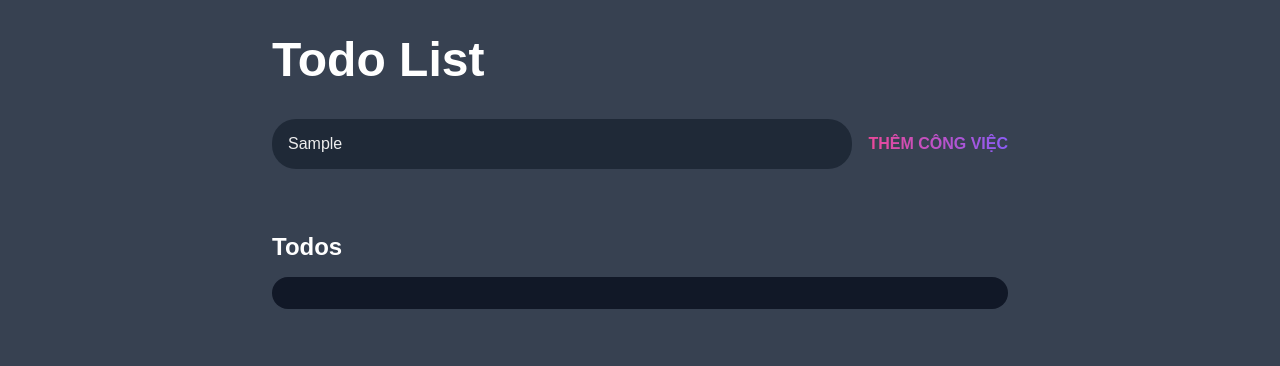
Repository: ntheanh/Todo-List
Page: index.html
The author's editor kept a copy of each file at every save. The page is drawn from the files as they stood at one save, then again after the next save.
The browser window is 1280 px wide. The pictures show the whole page.
Empty fields were first filled with sample values (such as "Sample", 5 or name@example.com).
After loading, the first visible `#new-todo-form` was submitted once.
The style sheet was rebuilt from its Sass, Less or Tailwind sources for each picture, by a compiler version that may differ from the author's.

Above is the page before, as saved 2023-03-16 09:03:03.

After the next save:
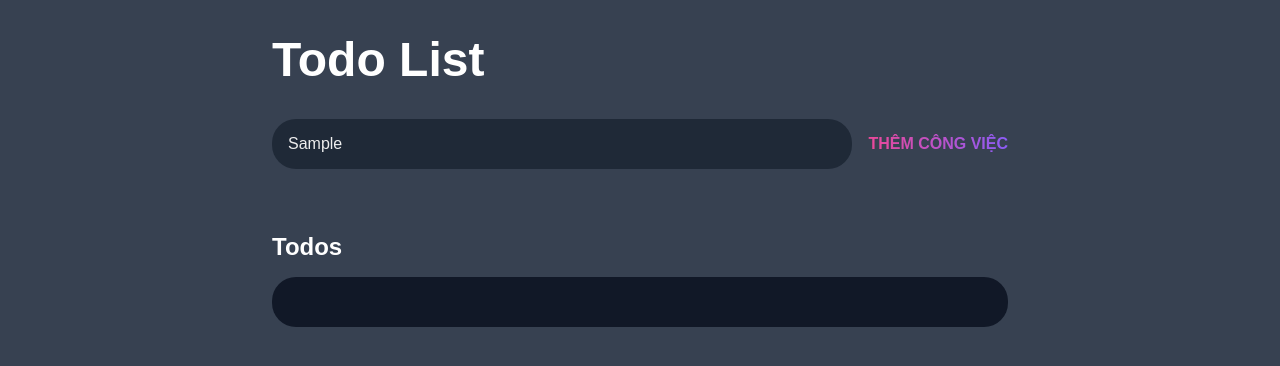
Saved 4 min 23 s later.
--- a/app.js
+++ b/app.js
@@ -18,6 +18,8 @@ window.addEventListener("load", () => {
     const task_content_el = document.createElement("div");
     task_content_el.classList.add("content");
 
+    task_el.appendChild(task_content_el);
+
     const task_input_el = document.createElement("input");
     task_content_el.classList.add("content_input");
     task_content_el.type = "text";
